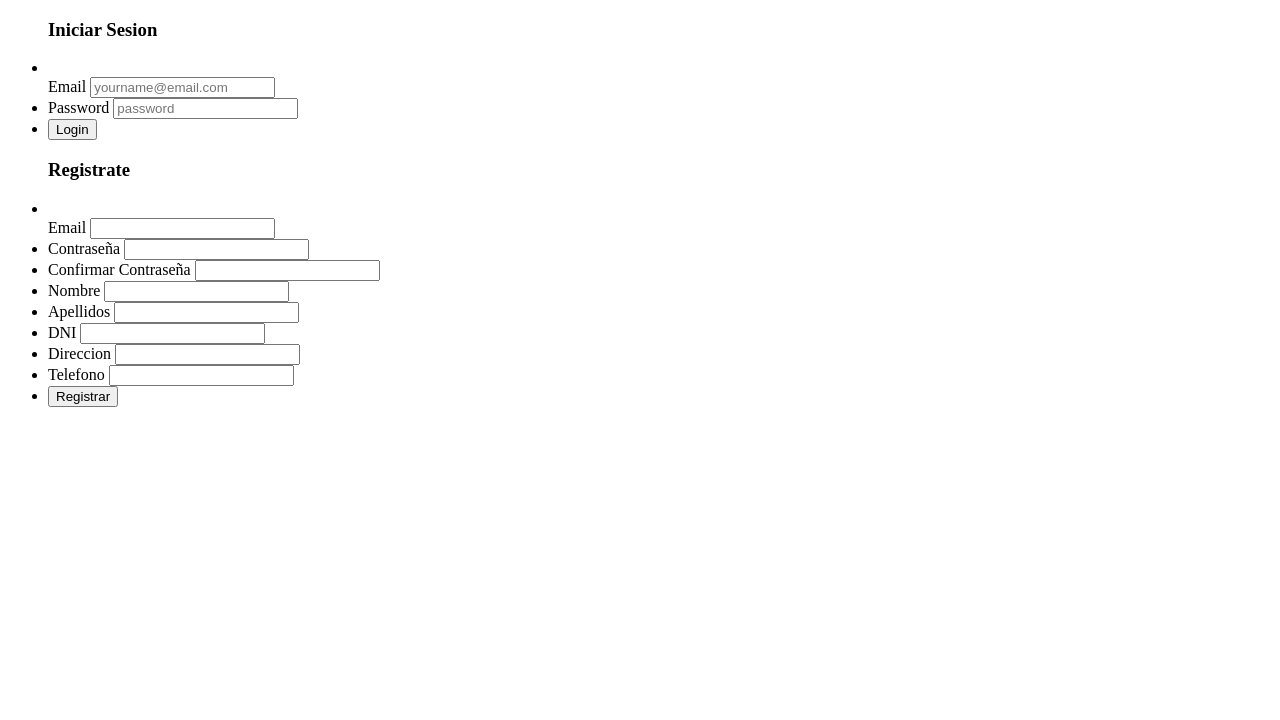
Repository: ProSoft-PDSI/sdsddo
Page: http://localhost/sdsr/LoginRegistro.jsp
An editor plug-in stored every save of this project. The page is shown before and after the next save, followed by the edit.
The browser window is 1280 px wide. The pictures show the whole page.
The page is served by Tomcat 9.

Above is the page before, as saved 2014-07-19 16:44:02.
Console error: ReferenceError: Cufon is not defined

After the next save:
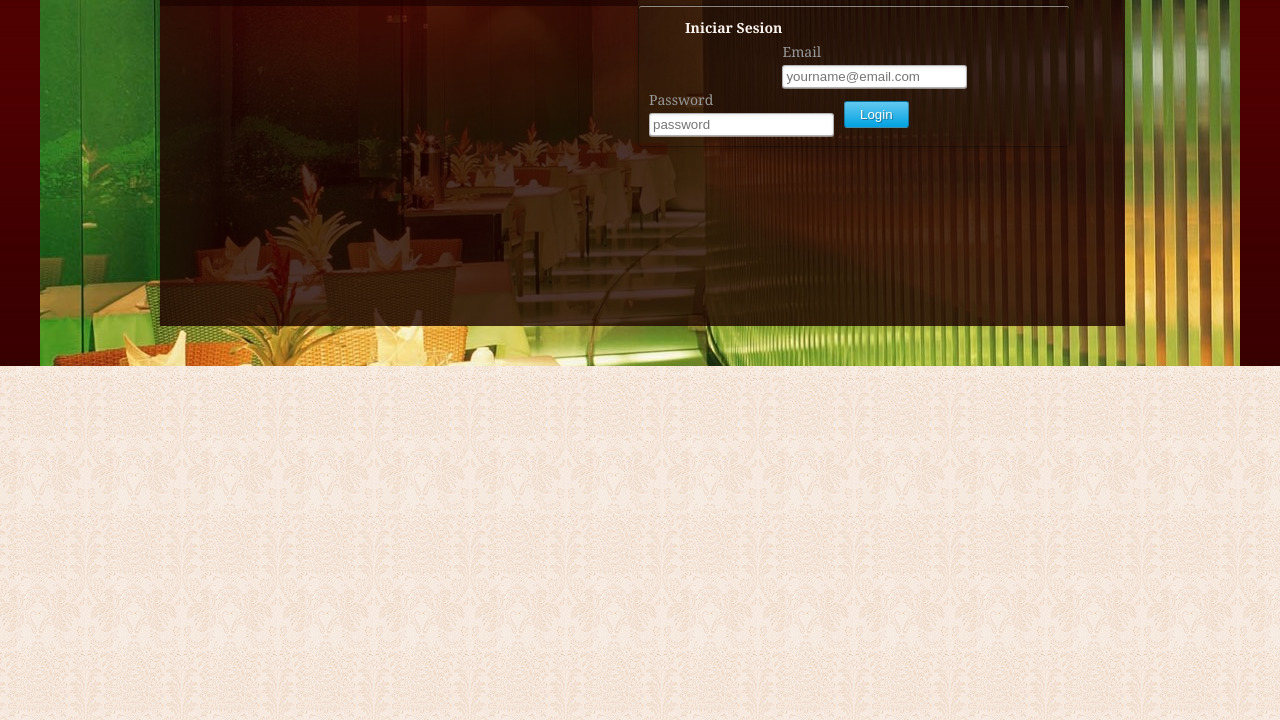
Console error: TypeError: Cannot read properties of undefined (reading 'appendTo')
Saved 71 s later.
--- a/Web/sdsr/WebContent/LoginRegistro.jsp
+++ b/Web/sdsr/WebContent/LoginRegistro.jsp
@@ -11,6 +11,7 @@ body {
 	Background: transparent;
 }
 </style>
+<%@ include file="Carga.jsp" %>
 </head>
 <body id="page5">
 <div class="body6">
